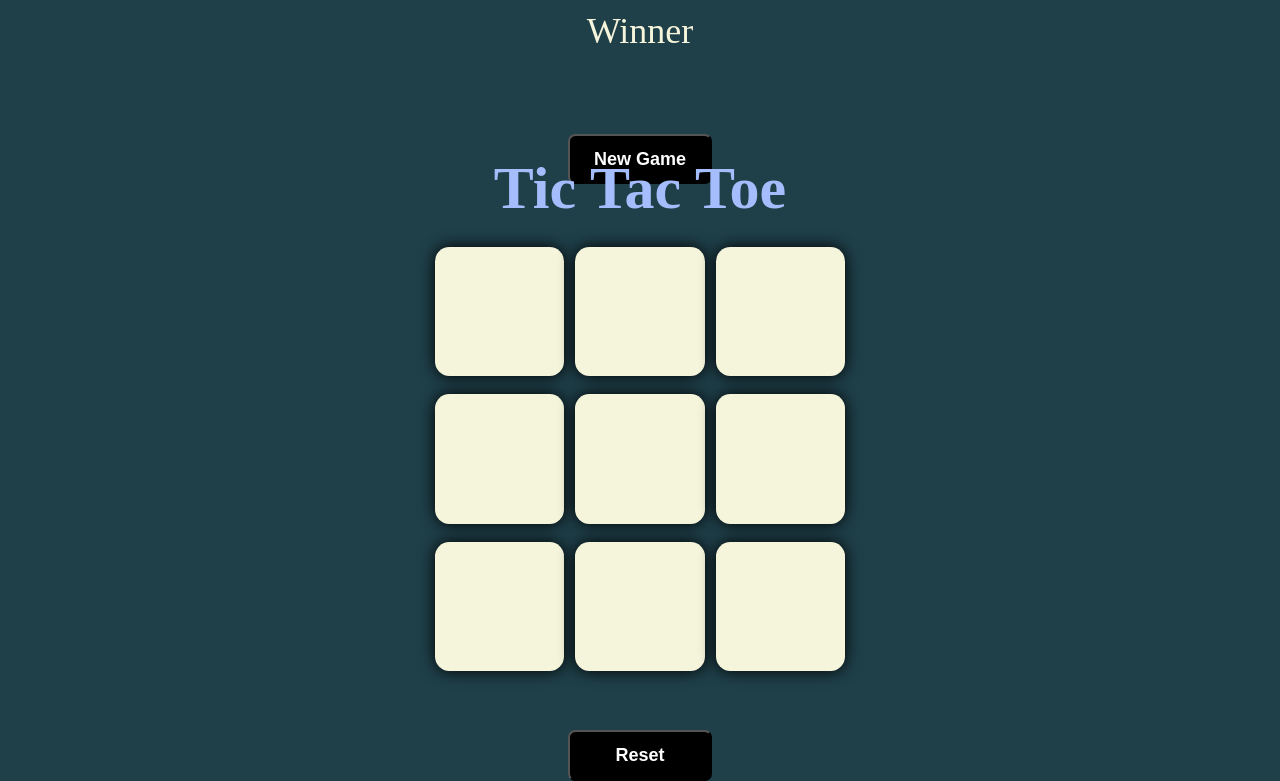
Repository: AreezAnsari/Tic-Tac-Toe
Page: Game/Game.html
The author's editor kept a copy of each file at every save. The page is drawn from the files as they stood at one save, then again after the next save.
The browser window is 1280 px wide. The pictures show the whole page.

Above is the page before, as saved 2025-06-01 15:32:53.
Console error: TypeError: box.addEventListener is not a function

After the next save:
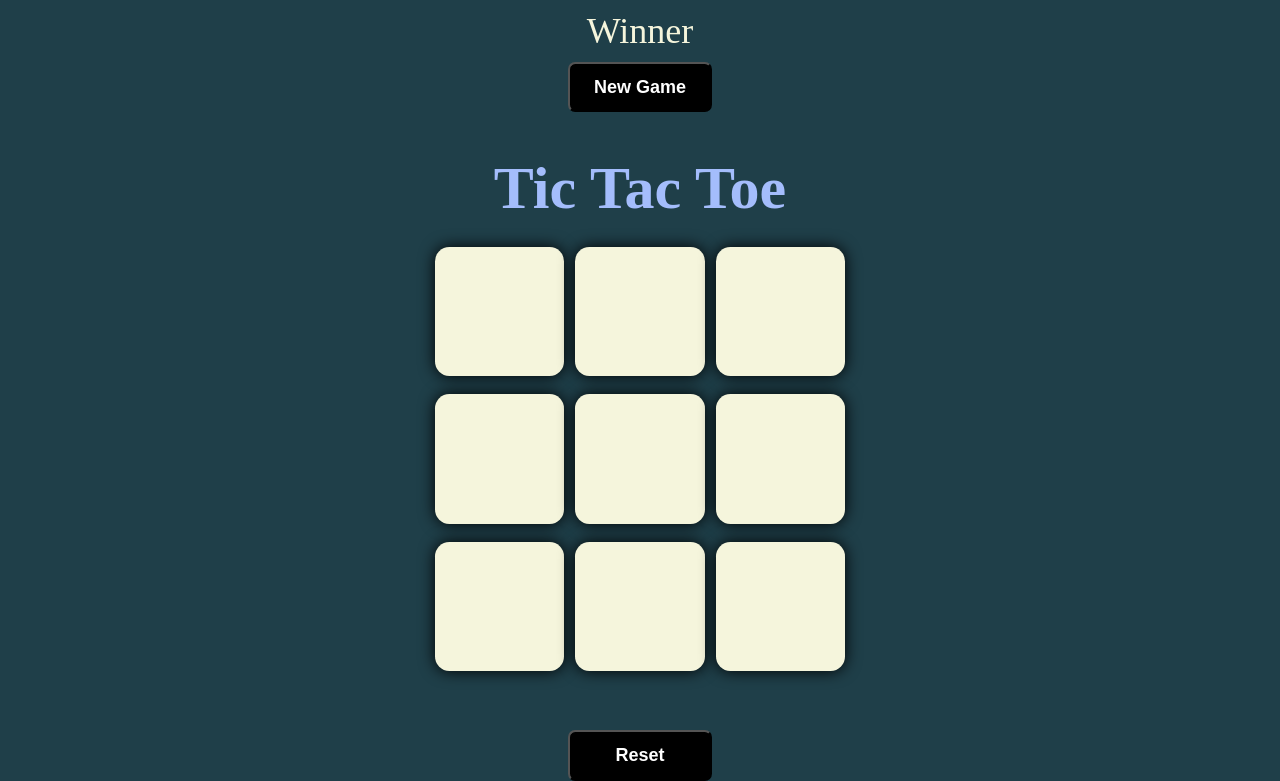
Saved 9 s later.
--- a/Game/Game.css
+++ b/Game/Game.css
@@ -68,7 +68,6 @@
 }
 
 .new-btn{
-    margin-top: 10vmin;
     align-items: center;
     padding: 1vmin;
     font-size: 2.5vmin;
